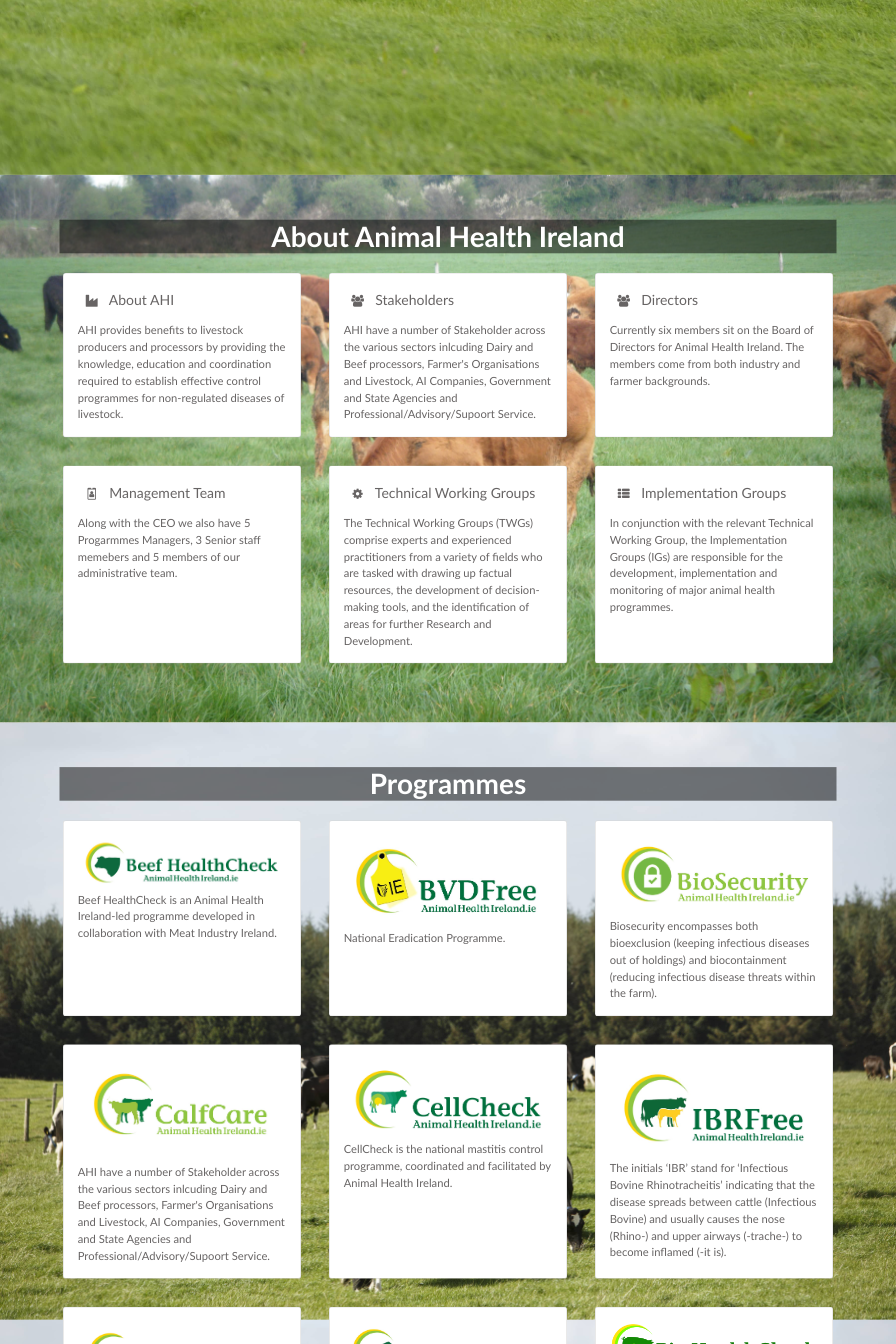
Repository: lisaannbyrne1/MilestoneProject1
Page: index.html
The author's editor kept a record of every edit. The page is drawn from the files as they stood at one moment, then again after the next edit.
The browser window is 1280 px wide. The pictures show the part of the page from y = 587 to 2507 px (the page is 3928 px tall before and 3919 px after), at 70% of full size.
Backgrounds fixed to the window are drawn as part of the page.

Above is the page before.

After the next edit:
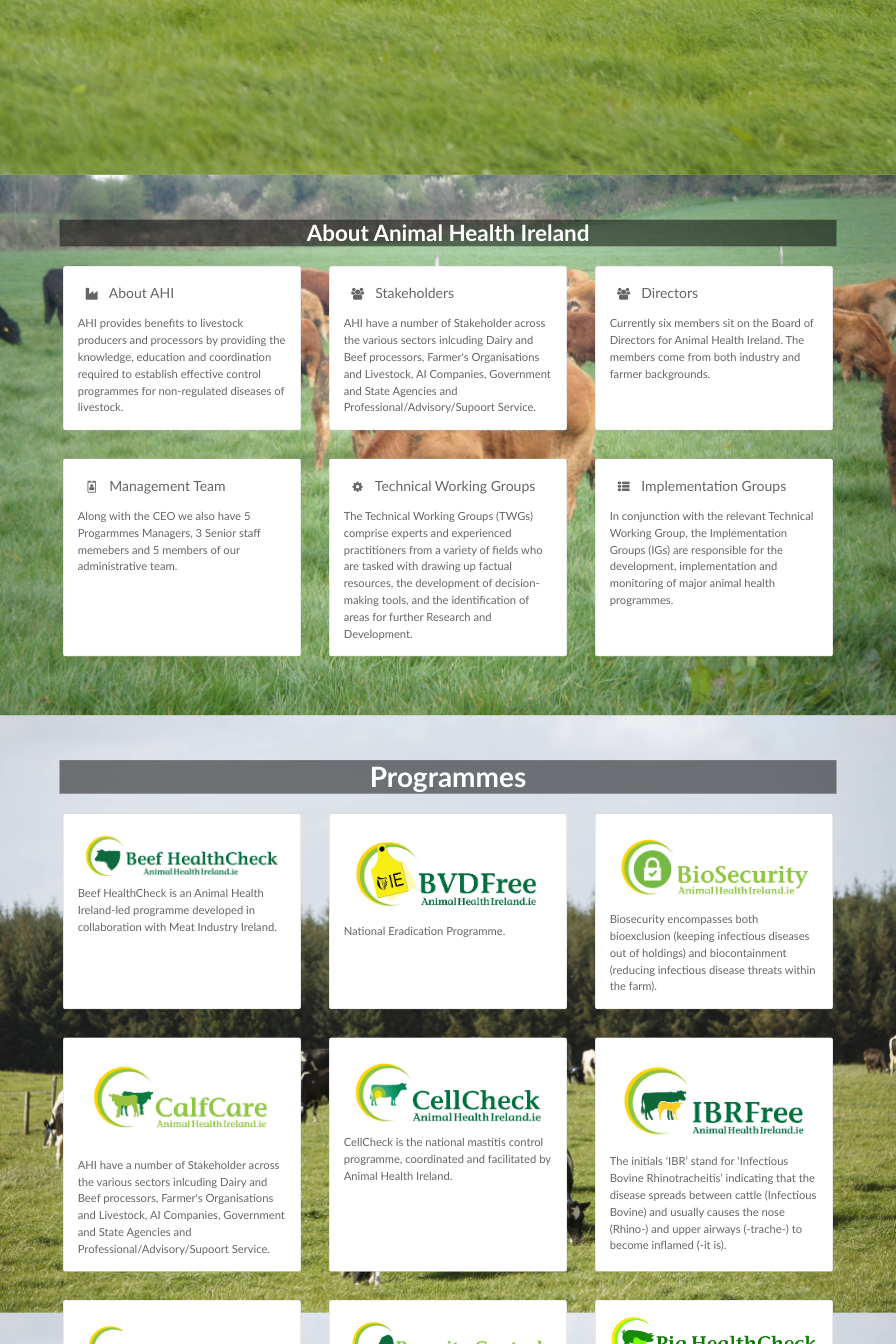
The edit:
--- a/index.html
+++ b/index.html
@@ -60,7 +60,7 @@
   <div class="jumbotron jumbotron-fluid" id="about">
     <section id="about-ahi">
       <div class="container" id="container-about">
-        <h1 class="section-title"> About Animal Health Ireland</h1>
+        <h2 class="section-title">About Animal Health Ireland</h2>
         <div class="row">
           <div class="col-md-4 ahi-cards">
             <div class="card">
